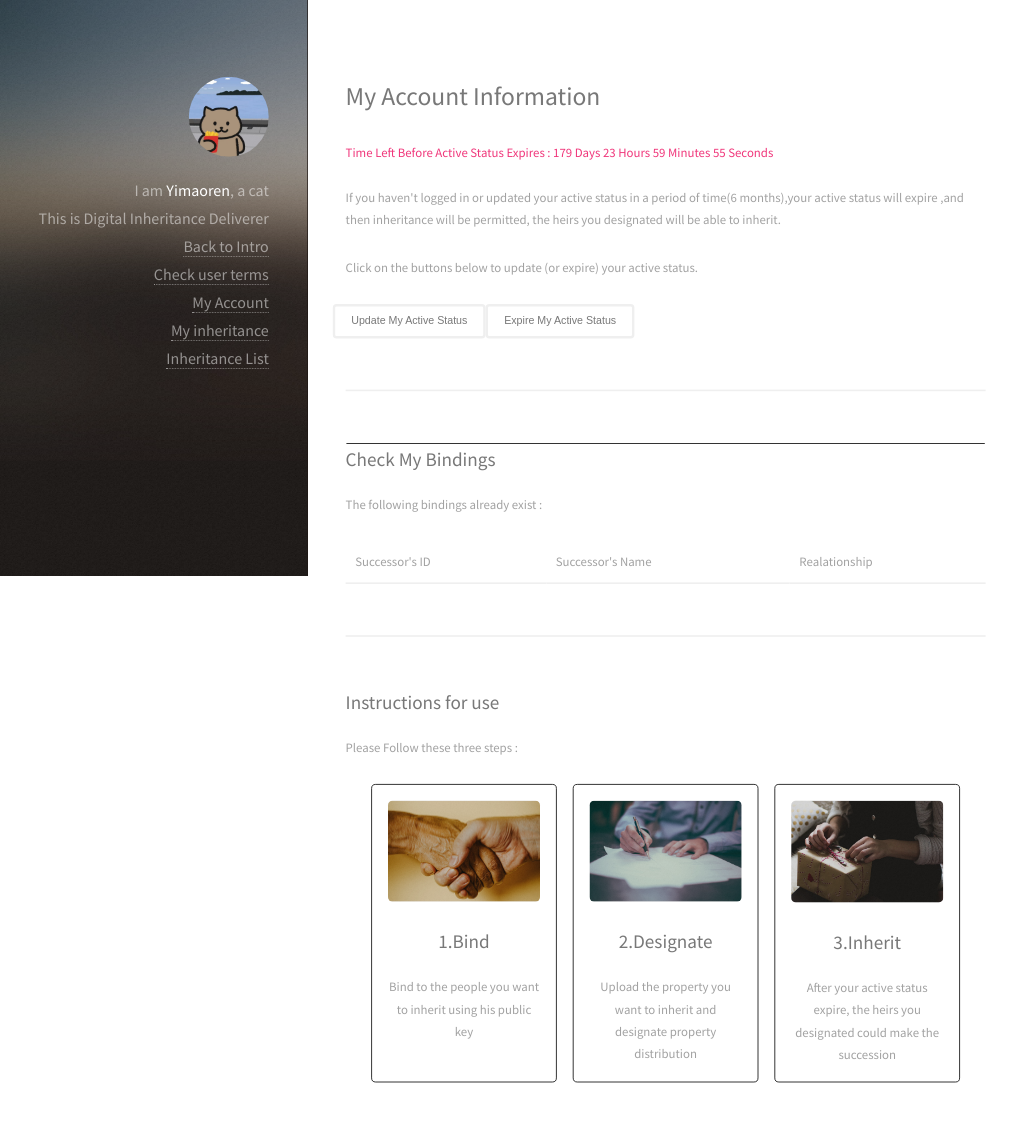
Repository: 1mocat/DID-blockchain-project
Page: Digital_I_D/app/src/myaccount.html
The author's editor kept a copy of each file at every save. The page is drawn from the files as they stood at one save, then again after the next save.
The browser window is 1280 px wide. The pictures show the whole page, at 80% of full size.

Above is the page before, as saved 2023-10-03 00:24:30.

### Digital_I_D/app/src/myaccount.html
<!DOCTYPE HTML>
<html>



<head>
	<title>Strata by HTML5 UP</title>
	<meta charset="utf-8" />
	<meta name="viewport" content="width=device-width, initial-scale=1, user-scalable=no" />
	<link rel="stylesheet" href="assets_account/css/main.css" />
	<style>
		#countdown {
			font-size: 16px;
			color: rgb(240, 55, 123);
		}

		.container {
			display: grid;
			/* 使用 grid 布局 */
			grid-template-columns: repeat(3, 1fr);
			/* 创建三列，均匀分布空间 */
			gap: 20px;
			/* 间隔大小 */
		}

		.box {
			padding: 20px;
			/* 内边距 */
			border: 1px solid #000;
			/* 边框样式 */
			text-align: center;
			/* 文本居中 */
		}
		.solid-line {
      border: none;
      border-top: 1px solid #000; /* 使用 dashed 边框样式和颜色 */
      margin: 1px ; /* 设置上下间距 */
    }
	</style>
</head>

<body class="is-preload">

	<!-- Header -->

	<header id="header">
		<div class="inner">
			<a href="#" class="image avatar"><img src="images/yimaoren.jpg" alt="" /></a>
			<h1>I am <strong>Yimaoren</strong>, a cat<br /></h1>
			<h1>This is Digital Inheritance Deliverer</h1>
			<h1><a href="index.html">Back to Intro</a></h1>
			<h1><a href="UserAgreement.html">Check user terms</a></h1>
			<h1><a href="NFTList.html">My Account</a></h1>
			<h1><a href="NFTList.html">My inheritance</a></h1>
			<h1><a href="AuctionList.html">Inheritance List</a></h1>
		</div>
	</header>

	<!-- Main -->
	<div id="main">

		<!-- One -->
		<section id="one">
			<header class="major">
				<h2>My Account Information</h2>
				<div id="countdown"></div>
				<script>
					// 目标日期：当前日期 + 30*6 天
					const targetDate = new Date();
					targetDate.setDate(targetDate.getDate() + 30 * 6);

					// 更新倒计时的函数
					function updateCountdown() {
						const currentDate = new Date();
						const timeDifference = targetDate - currentDate;

						if (timeDifference <= 0) {
							document.getElementById('countdown').innerHTML = '倒计时结束';
						} else {
							const days = Math.floor(timeDifference / (1000 * 60 * 60 * 24));
							const hours = Math.floor((timeDifference % (1000 * 60 * 60 * 24)) / (1000 * 60 * 60));
							const minutes = Math.floor((timeDifference % (1000 * 60 * 60)) / (1000 * 60));
							const seconds = Math.floor((timeDifference % (1000 * 60)) / 1000);

							const countdownText = `Time Left Before Active Status Expires : ${days} Days ${hours} Hours ${minutes} Minutes ${seconds} Seconds`;
							document.getElementById('countdown').innerHTML = countdownText;
						}
					}
					// 初始调用更新倒计时
					updateCountdown();
					// 每秒更新一次倒计时
					setInterval(updateCountdown, 1000);
				</script>
			</header>

			<p><br>If you haven't logged in or updated your active status in a period of time(6 months),your active
				status will expire ,and then inheritance will be permitted, the heirs you designated will be able to
				inherit.
				<br>
			</p>
			<p> Click on the buttons below to update (or expire) your active status. </p>
			<ul class="actions">
				<button onclick="" class="button">Update My Active Status </button>
				<button onclick="" class="button">Expire My Active Status </button>
			</ul>

		</section>
		<section id="two">
			<hr class="solid-line">
			<h2>Check My Bindings</h2>
			<p>The following bindings already exist :</p>
			<div class="table-margin">
				<table class="table table-bordered table-header">
					<thead>
						<tr>
							<td class="w15">Successor's ID</td>
							<td class="w15">Successor's Name</td>
							<td class="w15">Realationship</td>

						</tr>
					</thead>
					<tbody id="details"></tbody>
				</table>
			</div>
		</section>
		<!-- Three -->
		<section id="three">
			<h2>Instructions for use</h2>
			<p>Please Follow these three steps :</p>
			<div class="container">
				<div class="box">
					<a class="image fit"><img src="images/bind.jpg" title="Bind" alt="" /></a>
					<h2>1.Bind</h2>
					<p>Bind to the people you want to inherit using his public key</p>
				</div>
				<div class="box">
					<a class="image fit"><img src="images/assign.jpg" title="Designate" alt="" /></a>
					<h2>2.Designate</h2>
					<p>Upload the property you want to inherit and designate property distribution</p>
				</div>
				<div class="box">
					<a class="image fit"><img src="images/open.png" title="Inherit" alt="" /></a>
					<h2>3.Inherit</h2>
					<p>After your active status expire, the heirs you designated could make the succession</p>
				</div>
			</div>
		</section>



	</div>



	<!-- Scripts -->
	<script src="assets_account/js/jquery.min.js"></script>
	<script src="assets_account/js/jquery.poptrox.min.js"></script>
	<script src="assets_account/js/browser.min.js"></script>
	<script src="assets_account/js/breakpoints.min.js"></script>
	<script src="assets_account/js/util.js"></script>
	<script src="assets_account/js/main.js"></script>




</body>

</html>

Loaded but not shown: Digital_I_D/app/src/assets_account/css/fontawesome-all.min.css (library); Digital_I_D/app/src/assets_account/js/jquery.min.js (library); Digital_I_D/app/src/assets_account/js/jquery.poptrox.min.js (library); Digital_I_D/app/src/assets_account/js/browser.min.js (common file); Digital_I_D/app/src/assets_account/js/breakpoints.min.js (common file); Digital_I_D/app/src/assets_account/js/util.js (587 lines, source omitted); Digital_I_D/app/src/assets_account/js/main.js (117 lines, source omitted); Digital_I_D/app/src/assets_account/css/main.css (3221 lines, source omitted)

After the next save:
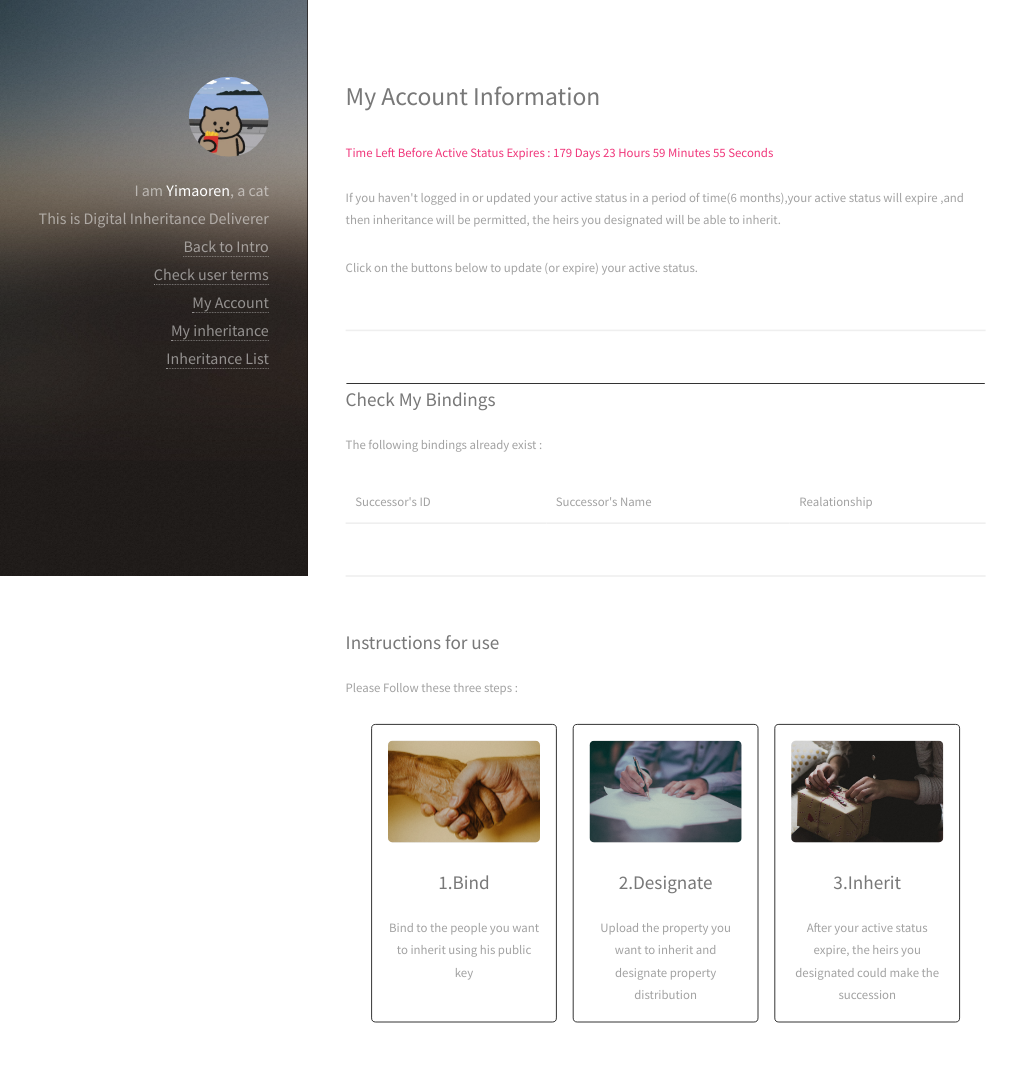
Saved 22 s later.
--- a/Digital_I_D/app/src/myaccount.html
+++ b/Digital_I_D/app/src/myaccount.html
@@ -99,10 +99,7 @@
 				<br>
 			</p>
 			<p> Click on the buttons below to update (or expire) your active status. </p>
-			<ul class="actions">
-				<button onclick="" class="button">Update My Active Status </button>
-				<button onclick="" class="button">Expire My Active Status </button>
-			</ul>
+
 
 		</section>
 		<section id="two">
